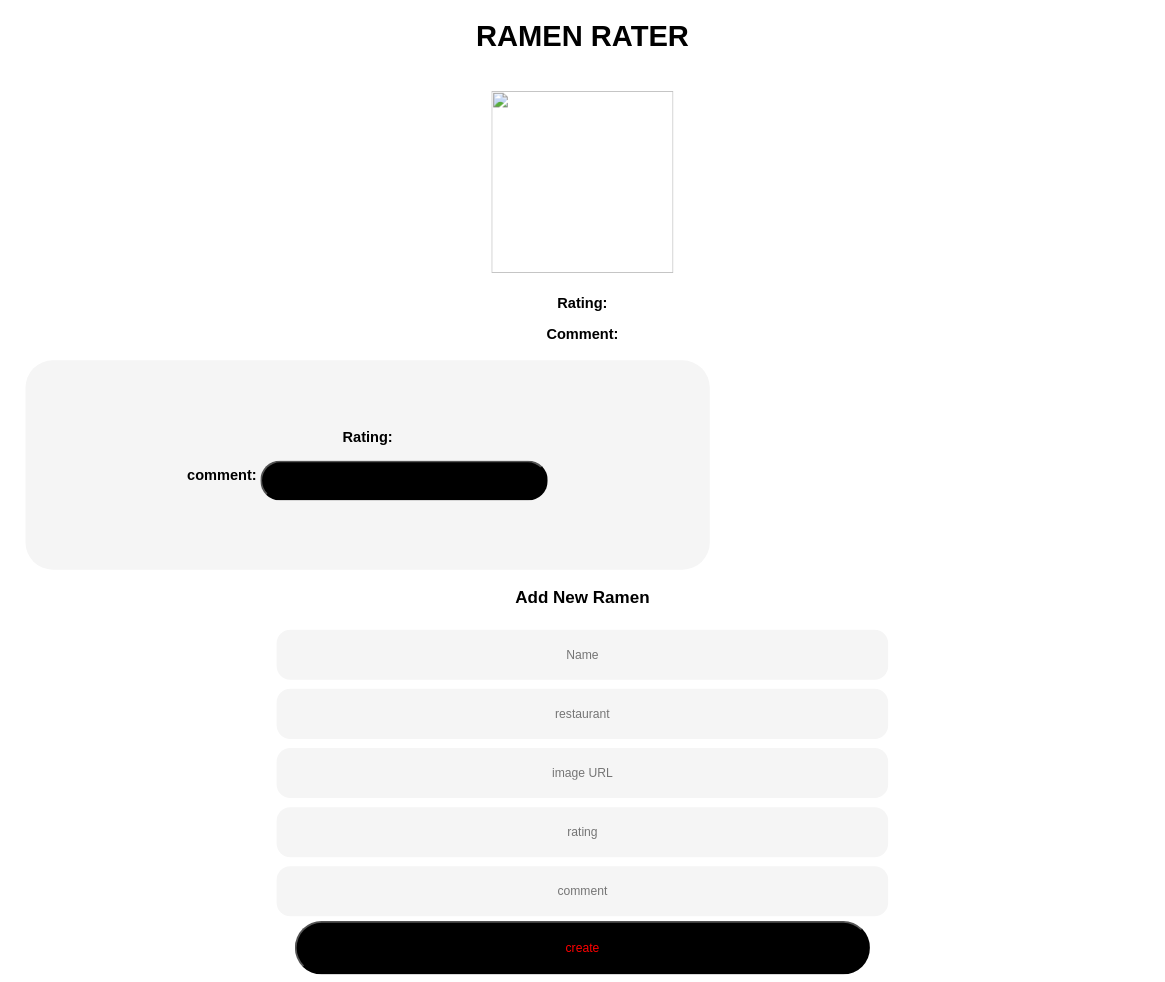
Repository: travinne/travthegr88
Page: code/ramen-rating-app/index.html
An editor plug-in stored every save of this project. The page is shown before and after the next save, followed by the edit.
The browser window is 1280 px wide. The pictures show the whole page, at 91% of full size.

Above is the page before, as saved 2025-03-19 18:51:12.
Console error: TypeError: Cannot set properties of null (setting 'innerText')

After the next save:
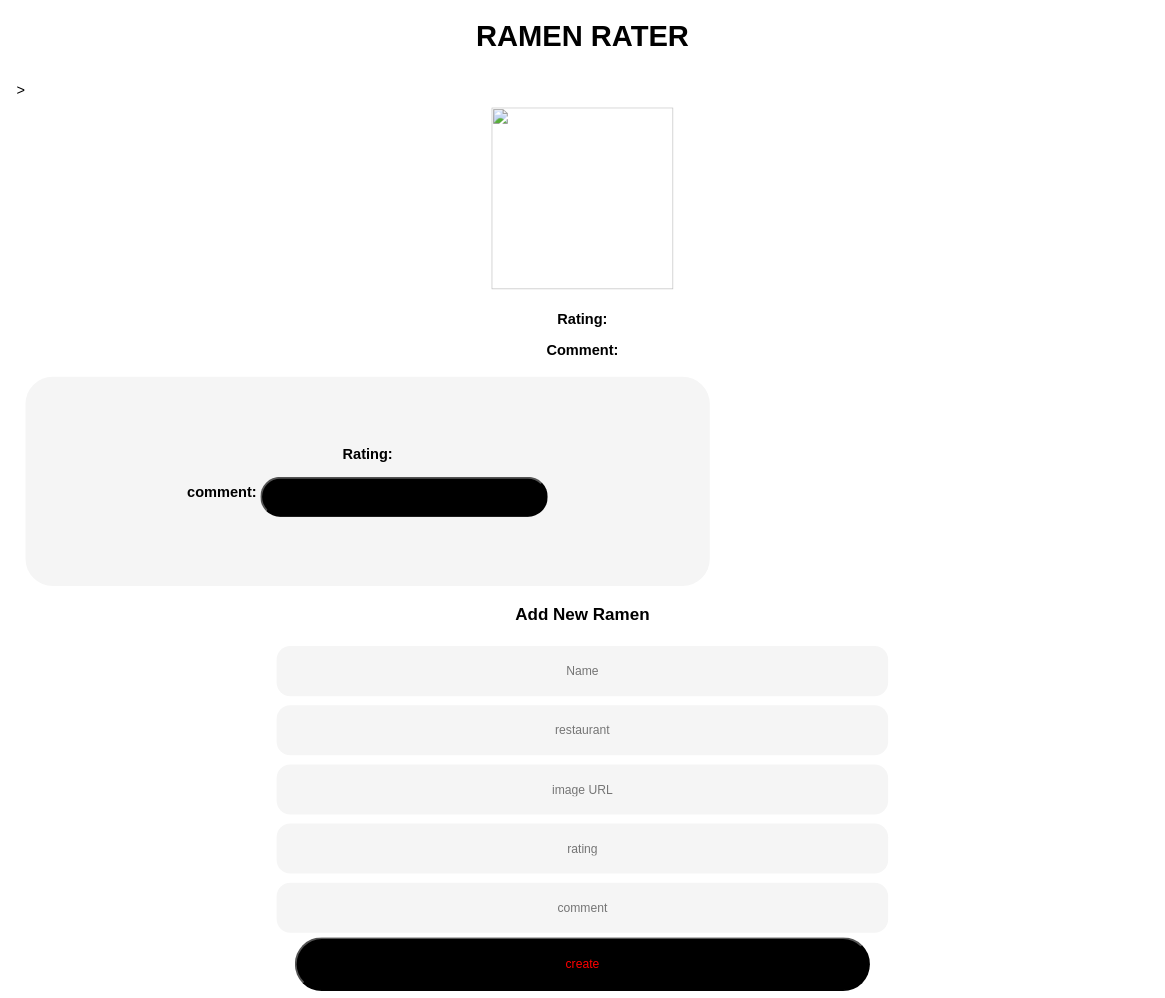
Console error: SyntaxError: Invalid or unexpected token
Saved 4 min 14 s later.
--- a/code/ramen-rating-app/Js/index.js
+++ b/code/ramen-rating-app/Js/index.js
@@ -9,7 +9,7 @@ const ramens = [
    { id: 1,
     name: 'Shoyu Ramen',
     restaurant: "Ichiran",
-    image: "https://images.pexels.com/photos/884600/pexels-photo-884600.jpeg?auto=compress&cs=tinysrgb&w=300",
+    image: "https://,
 
     rating: 5,
     comment: "Delicious!"
